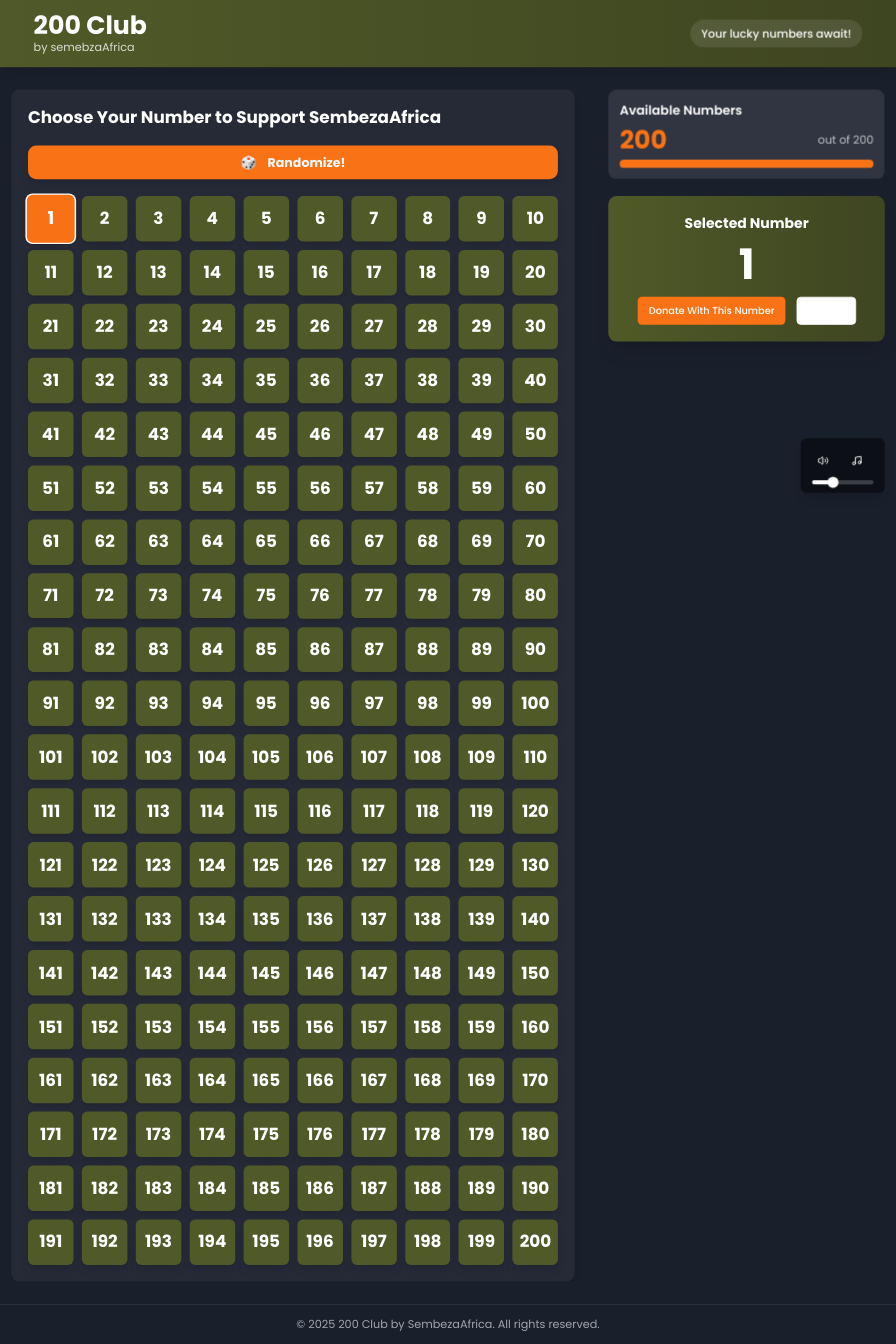
Repository: kaizoku010/200club
Page: /game, after clicking the first element matching `div.number-card`
An editor plug-in stored every save of this project. The page is shown before and after the next save, followed by the edit.
The browser window is 1280 px wide. The pictures show the whole page, at 70% of full size.
The project was rebuilt for these pictures with package versions that can differ from the ones it lists, and the page was loaded fresh each time. Also part of the build but not shown: vite.config.ts, src/components/ui/tooltip.tsx, src/pages/LandingPage.tsx, src/components/Cart.tsx, src/components/ui/input.tsx, src/components/ui/radio-group.tsx, src/components/ui/label.tsx, src/pages/NotFound.tsx.

Above is the page before, as saved 2025-05-07 02:41:09.

After the next save:
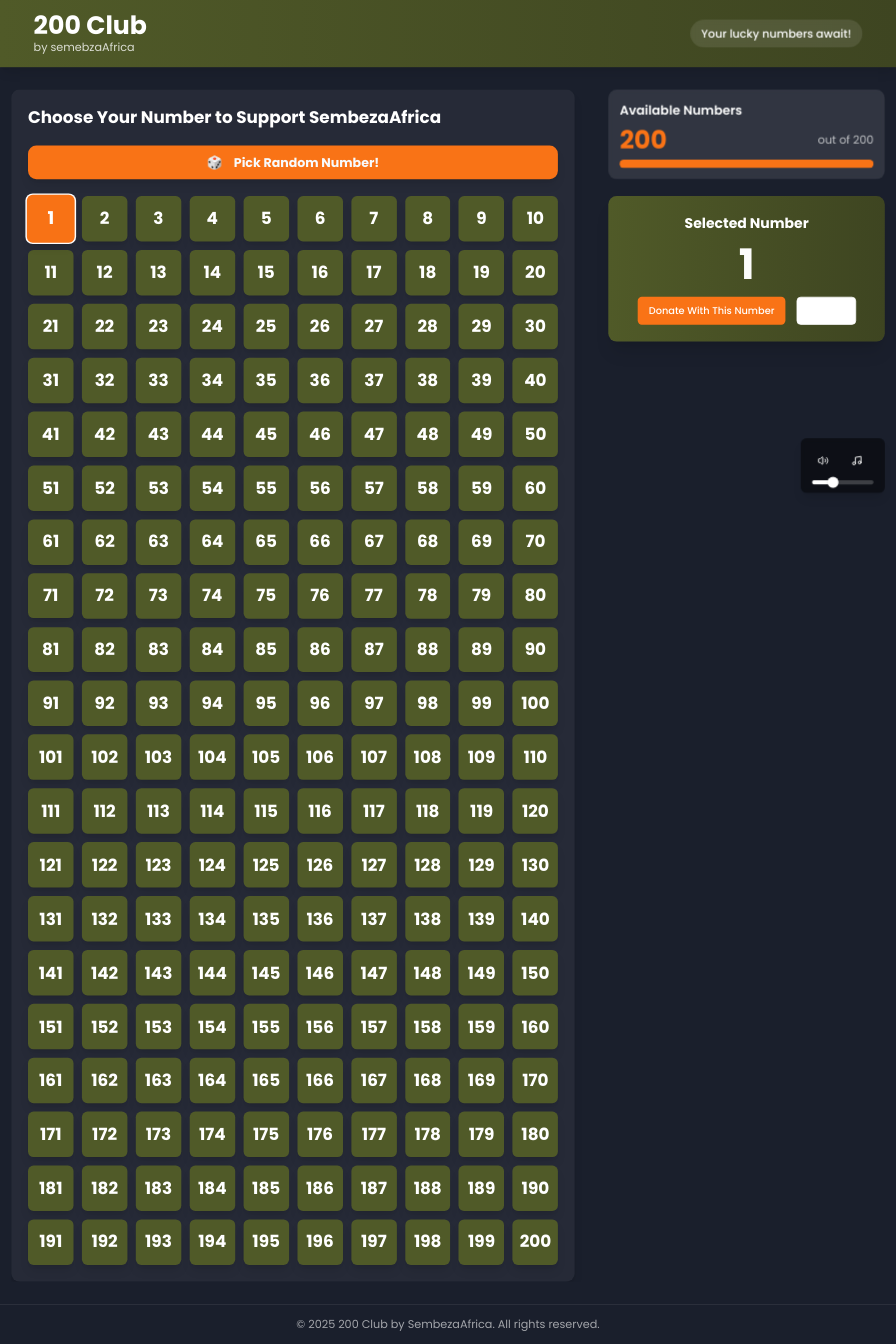
Saved 10 s later.
--- a/src/components/RandomizeButton.tsx
+++ b/src/components/RandomizeButton.tsx
@@ -76,7 +76,7 @@ const RandomizeButton: React.FC<RandomizeButtonProps> = ({ availableNumbers, onR
         >
           🎲
         </div>
-        {isAnimating ? "Finding Lucky Number..." : "Randomize!"}
+        {isAnimating ? "Finding Your Number..." : "Pick Random Number!"}
       </SoundButton>
     </div>
   );
